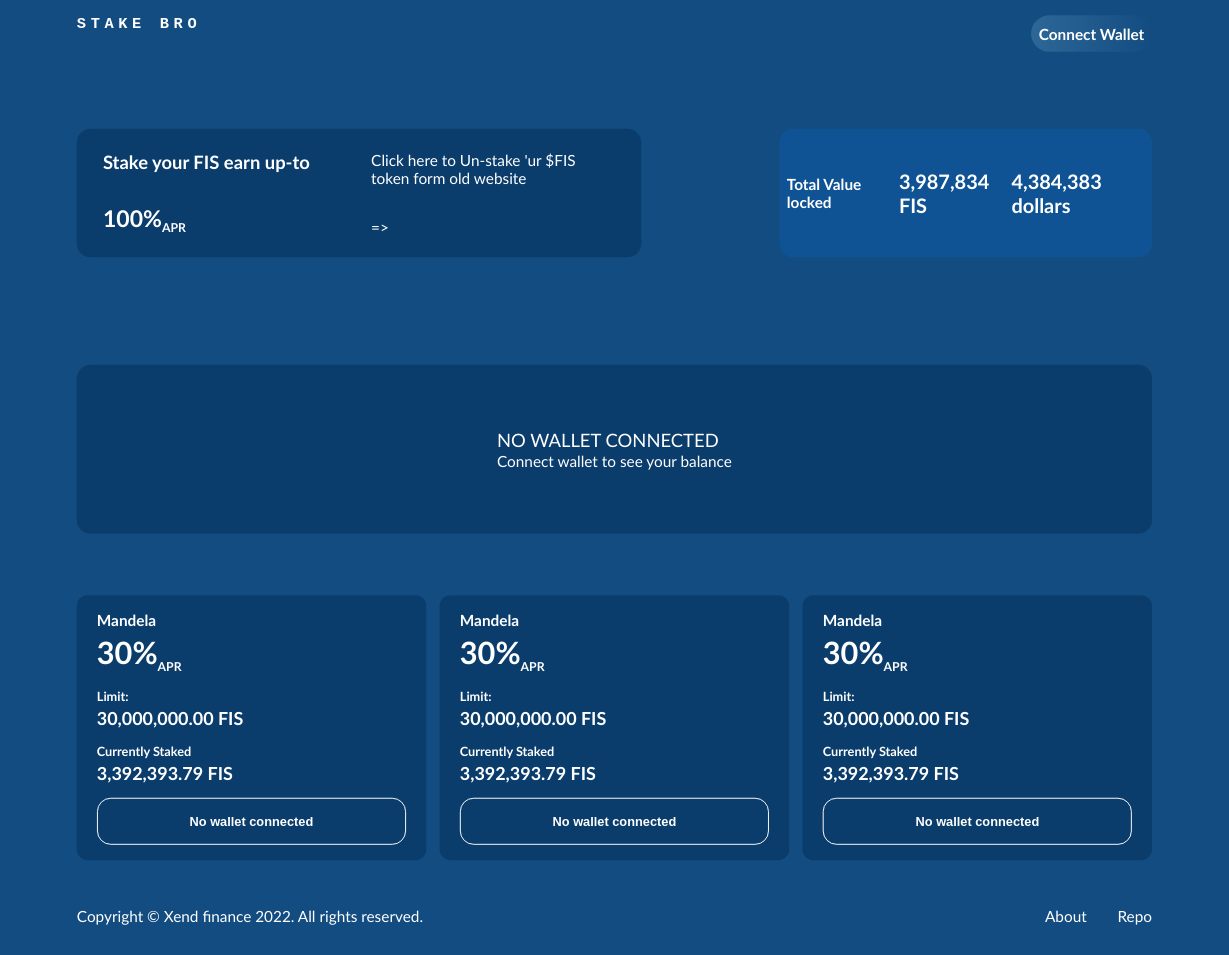
Repository: NorVirae/Stake
Page: /
The author's editor kept a copy of each file at every save. The page is drawn from the files as they stood at one save, then again after the next save.
The browser window is 1280 px wide. The pictures show the whole page, at 96% of full size.
The project was rebuilt for these pictures with package versions that can differ from the ones it lists, and the page was loaded fresh each time.

Above is the page before, as saved 2022-04-18 02:48:43.

After the next save:
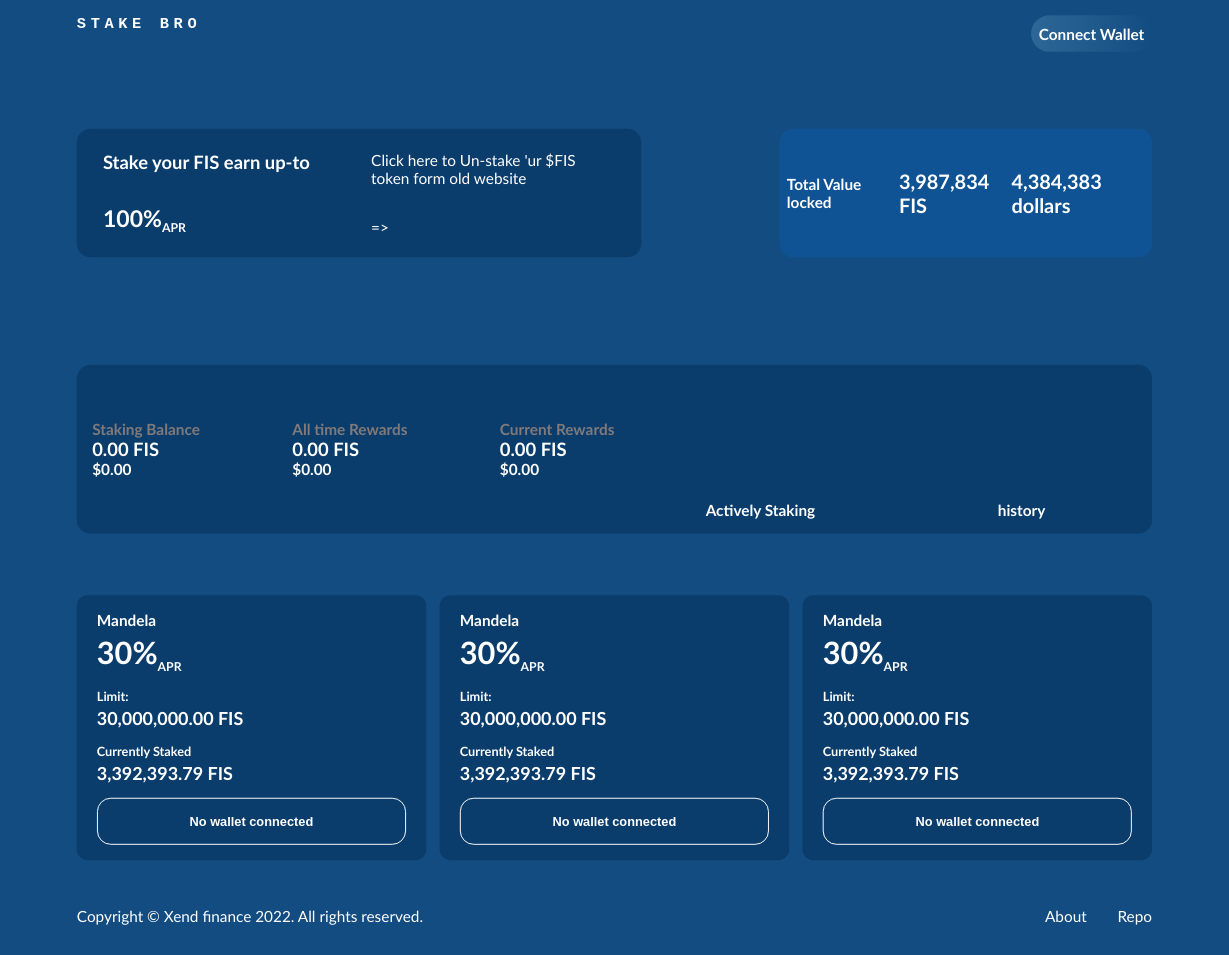
Saved 8 s later.
--- a/src/App.tsx
+++ b/src/App.tsx
@@ -4,7 +4,7 @@
 import './styles/app.css'
 
 function App() {
-  const [isWalletConnected, setIsWalletConnected] = useState(true)
+  const [isWalletConnected, setIsWalletConnected] = useState(false)
 
   return (
     <div className="stake-container">

After the 2 saves that followed:
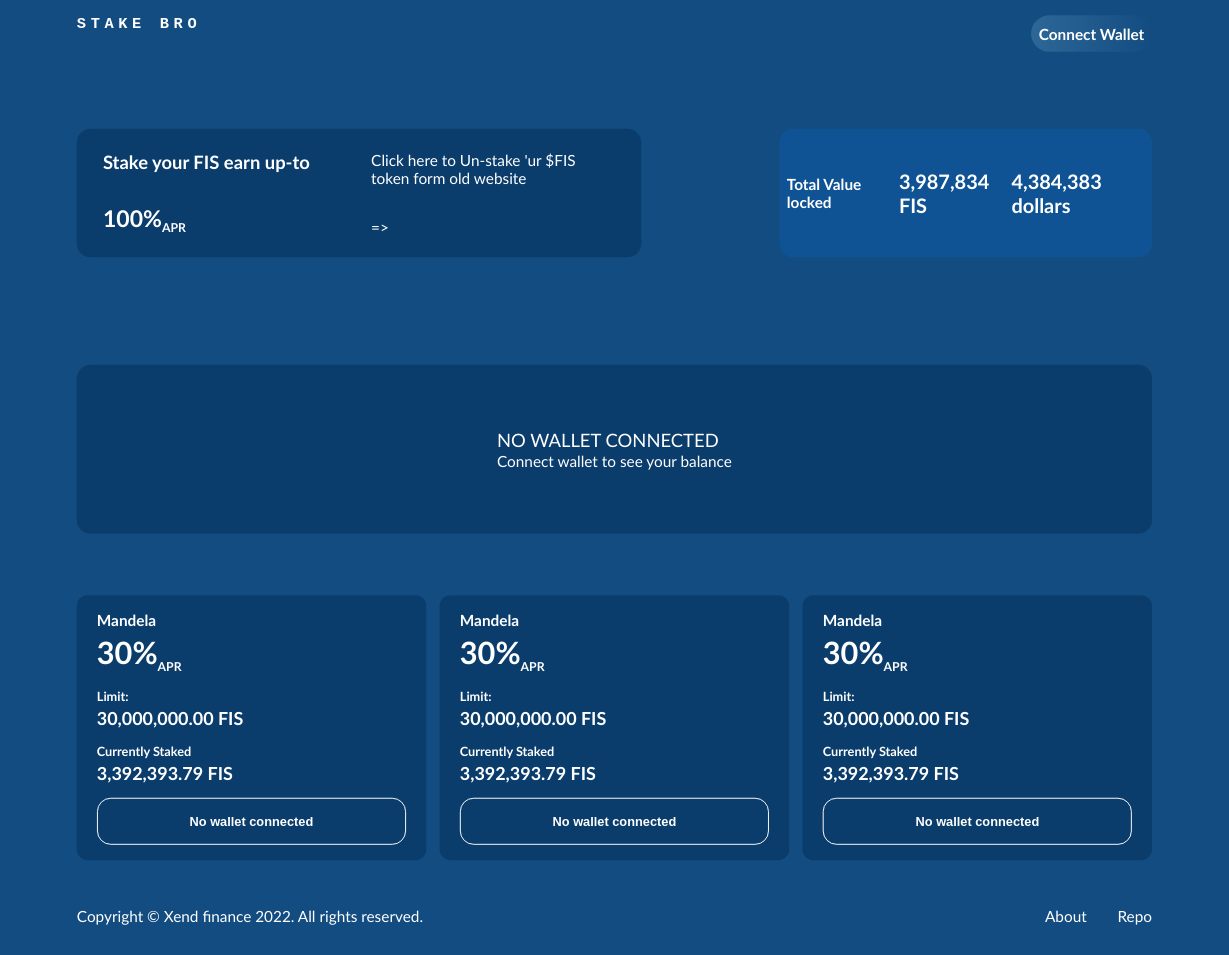
The 2 saves are shown as one change because 1 left the picture as it was.
The last was saved 14 s later.
--- a/src/App.tsx
+++ b/src/App.tsx
@@ -4,7 +4,7 @@
 import './styles/app.css'
 
 function App() {
-  const [isWalletConnected, setIsWalletConnected] = useState(false)
+  const [isWalletConnected, setIsWalletConnected] = useState(true)
 
   return (
     <div className="stake-container">
--- a/src/styles/app.css
+++ b/src/styles/app.css
@@ -185,6 +185,7 @@ main {
 .connection-container-user{
     display: flex;
     flex-direction: column;
+    justify-content: center;
 }
 
 
